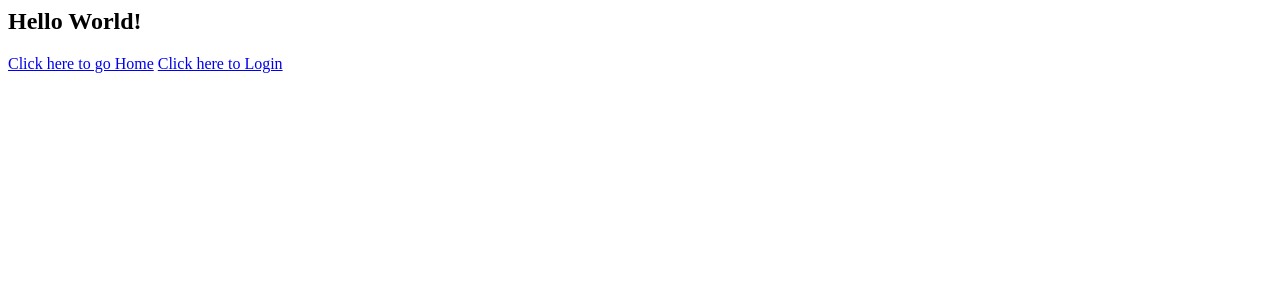
Repository: Adwait2503/Java-Codes
Page: http://localhost/springmvc/
An editor plug-in stored every save of this project. The page is shown before and after the next save, followed by the edit.
The browser window is 1280 px wide. The pictures show the whole page.
The page is served by Tomcat 9.

Above is the page before, as saved 2022-01-06 12:27:13.

After the next save:
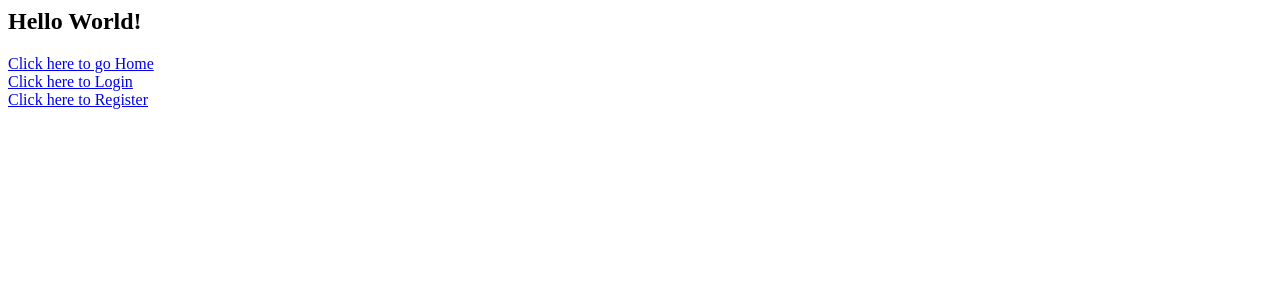
Saved 105 s later.
--- a/springmvc/src/main/webapp/index.jsp
+++ b/springmvc/src/main/webapp/index.jsp
@@ -2,6 +2,9 @@
 <body>
 	<h2>Hello World!</h2>
 	<a href="./spider">Click here to go Home</a>
+	<br>
 	<a href="./login">Click here to Login</a>
+	<br>
+	<a href="./register">Click here to Register</a>
 </body>
 </html>
